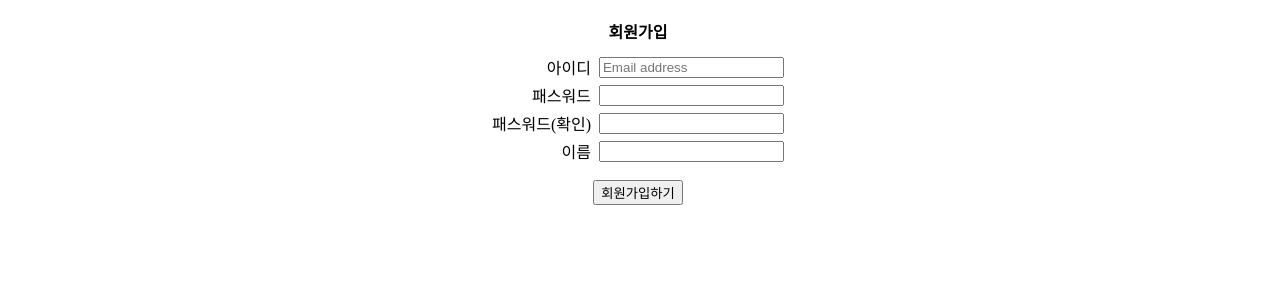
Repository: CreatorDodo/Servlet
Page: HelloWorld/WebContent/textarea.html
The author's editor kept a copy of each file at every save. The page is drawn from the files as they stood at one save, then again after the next save.
The browser window is 1280 px wide. The pictures show the whole page.

Above is the page before, as saved 2023-01-12 07:18:14.

After the next save:
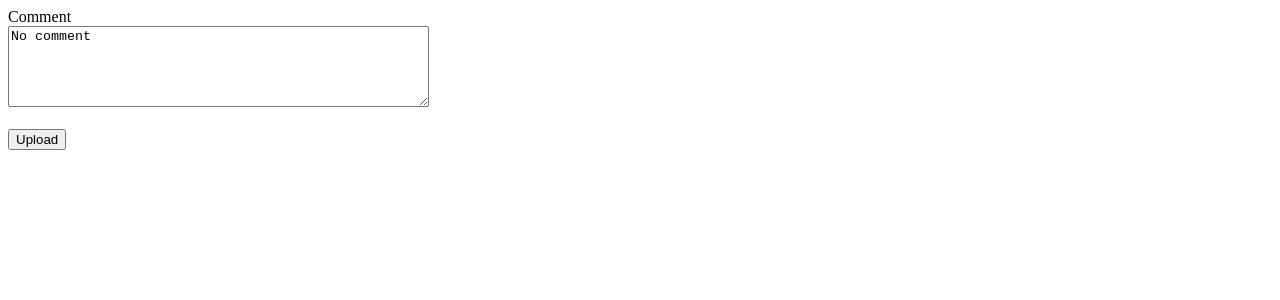
Saved 44 s later.
--- a/HelloWorld/WebContent/textarea.html
+++ b/HelloWorld/WebContent/textarea.html
@@ -1,34 +1,15 @@
 <!DOCTYPE html>
 <html>
 <head>
-<meta charset="utf-8">
+<meta charset="ISO-8859-1">
+<title>Insert title here</title>
 </head>
 <body>
-<form action="SignupServlet" method="post">
-<table align=center>
-<tr><td colspan=2 align=center height=40><b>회원가입</b><td></tr>
-<tr>
-	<td align=right>아이디&nbsp;</td>
-	<td><input type="text" name="id" placeholder="Email address" required></td>
-</tr>
-<tr>
-	<td align=right>패스워드&nbsp;</td>
-	<td><input type="password" name="ps" required></td>
-</tr>
-<tr>
-	<td align=right>패스워드(확인)&nbsp;</td>
-	<td><input type="password" name="ps2" required></td>
-</tr>
-<tr>
-	<td align=right>이름&nbsp;</td>
-	<td><input type="text" name="name" required></td>
-</tr>
-<tr>
-	<td colspan=2 align=center height=50>
-		<input type="submit" value="회원가입하기">
-	</td>
-</tr>
-</table>
+<form action="TextareaServlet">
+Comment <br>
+<textarea name="comment" rows="5" cols="50" placeholder="Add your comment">No comment</textarea>
+<br><br>
+<input type="submit" value="Upload">
 </form>
 </body>
 </html>
